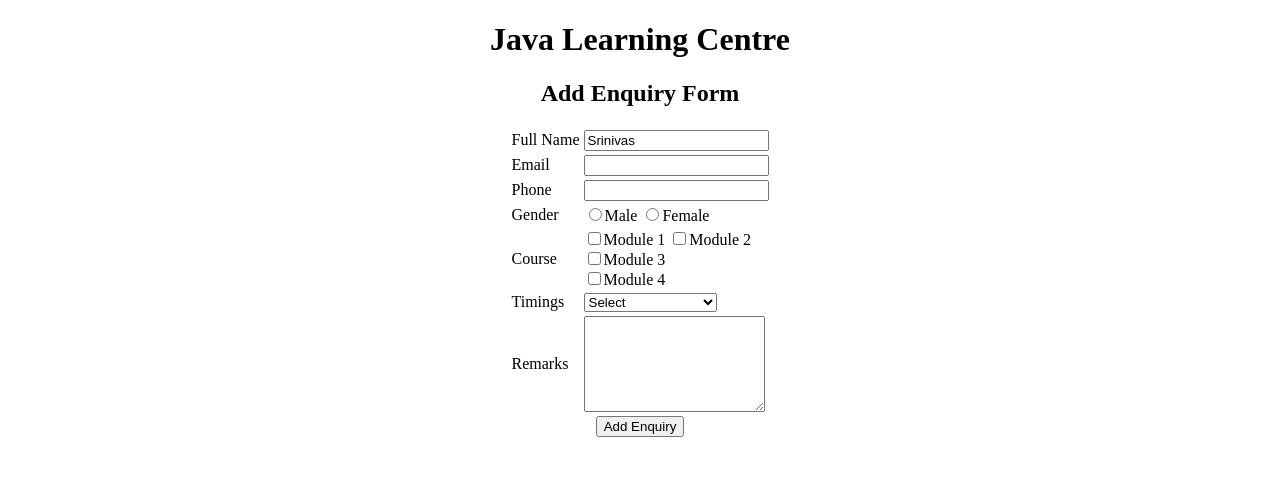
Repository: prabhatsingh2408/jlc
Page: advance java/servletNew/Lab3/WebContent/register.html
These files come from the project's save history. The page is drawn as it stood at one moment and after the next save; the edit follows.
The browser window is 1280 px wide. The pictures show the whole page.

Above is the page before, as saved 2016-06-16 03:52:43.

### advance java/servletNew/Lab3/WebContent/register.html
<!DOCTYPE html PUBLIC "-//W3C//DTD HTML 4.01 Transitional//EN" "http://www.w3.org/TR/html4/loose.dtd">
<html>
<head>
<meta http-equiv="Content-Type" content="text/html; charset=ISO-8859-1">
<title>Insert title here</title>
</head>
<body>
<center>
<h1>Java Learning Centre</h1>
<h2>Add Enquiry Form</h2>
<form action="register.jlc">
<table>
<tr><td>Full Name</td>
<td><input type="text" name="fname" value="Srinivas"/></td></tr>
<tr><td>Email</td>
<td><input type="text" name="email"/></td></tr>
<tr><td>Phone</td>
<td><input type ="text" name="phone"/></td></tr>
<tr><td>Gender</td>
<td><input type="radio" name="gender" value="Male"/>Male
<input type="radio" name="gender" value="Female"/>Female
</td></tr>
<tr><td>Course</td>
<td>
<input type="checkbox" name="course" value="Module 1"/>Module 1
<input type="checkbox" name="course" value="Module 2"/>Module 2<br>
<input type="checkbox" name="course" value="Module 3"/>Module 3<br>
<input type="checkbox" name="course" value="Module 4"/>Module 4<br>
</td></tr>
<tr><td>Timings</td>
<td><select name="timings">
<option value="Select">Select</option>
<option value="7.00A.M-9.00A.M">7.00A.M-9.00A.M</option>
<option value="9.00A.M-11.00A.M">9.00A.M-11.00A.M</option>
<option value="4.00A.M-6.00P.M">4.00P.M-6.00P.M</option>
</select></td></tr>
<tr><td>Remarks</td>
<td><textarea name="remarks" rows="6" cols="20"></textarea>
</td>
</tr>
<tr><td colspan="2" align="center">
<input type="submit" value="Add Enquiry"/>
</td>
</tr>
</table>
</form>
</center>
</body>
</html>

After the next save:
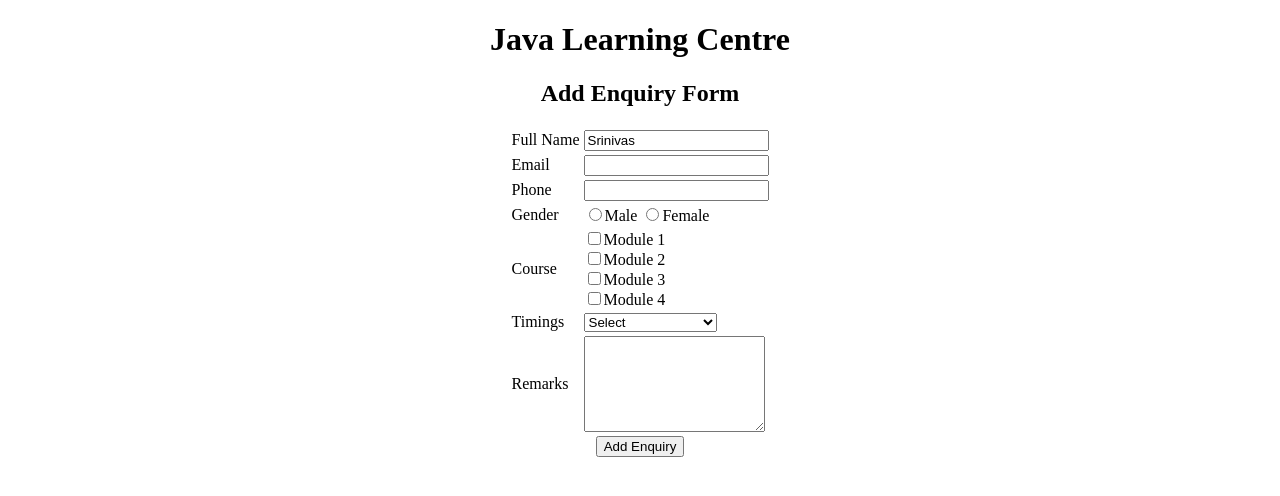
Saved 4 min 10 s later.
--- a/advance java/servletNew/Lab3/WebContent/register.html
+++ b/advance java/servletNew/Lab3/WebContent/register.html
@@ -22,7 +22,7 @@
 </td></tr>
 <tr><td>Course</td>
 <td>
-<input type="checkbox" name="course" value="Module 1"/>Module 1
+<input type="checkbox" name="course" value="Module 1"/>Module 1<br>
 <input type="checkbox" name="course" value="Module 2"/>Module 2<br>
 <input type="checkbox" name="course" value="Module 3"/>Module 3<br>
 <input type="checkbox" name="course" value="Module 4"/>Module 4<br>
